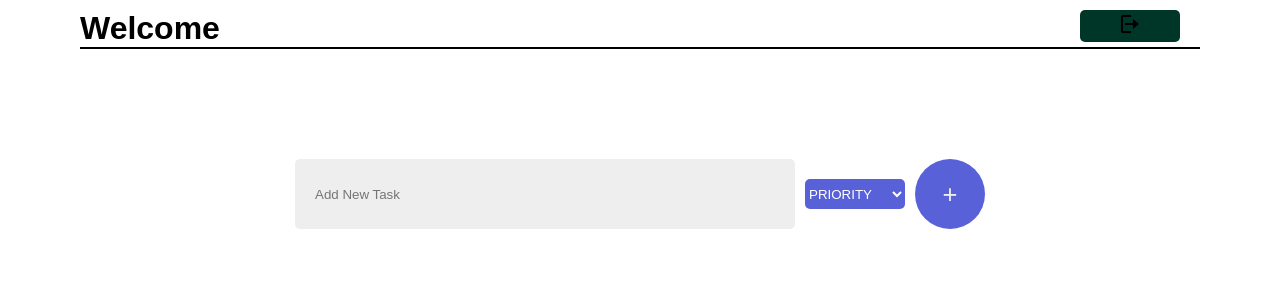
Repository: tebo27cMd/todo_App
Page: /HomePage
An editor plug-in stored every save of this project. The page is shown before and after the next save, followed by the edit.
The browser window is 1280 px wide. The pictures show the whole page.
The page's requests for data from a server got no answer. The project was rebuilt for these pictures with package versions that can differ from the ones it lists, and the page was loaded fresh each time. No one was signed in, and anything a server would have sent is missing. Also part of the build but not shown: src/Pages/LoginPage.jsx, src/Pages/SignInPage.jsx.

Above is the page before, as saved 2022-08-23 12:18:27.

### src/App.js
import React, {useState, useEffect} from 'react';
import './App.css';
import LoginPage from './Pages/LoginPage';
import SignInPage from './Pages/SignInPage';
import HomePage from './Pages/HomePage';

import {BrowserRouter as Router,Routes,Route,Link} from "react-router-dom";

//import {collection, getDocs, getDoc, doc, deleteDoc} from 'firebase/firestore'







function App() {


  const [tasks, setTasks] = useState([]);

  const addTasks = ((task, priorityType)=>{
    setTasks((tasks)=>[...tasks, {
      task:task,
      priorityType:priorityType
    }])

    console.log(tasks);
  })
  return (
    <div className="App">

      <Router>
      <Routes>
        <Route exact path="/" element = {<LoginPage/>}></Route>
        <Route path="/SignInPage" element = {<SignInPage/>}></Route>
        <Route exact path="/HomePage" element = {<HomePage/>}></Route>
      </Routes>
    </Router>

    </div>
  );
}

export default App;

### src/App.css
* {
  box-sizing: border-box;
  margin: 0;
  padding: 0;
  font-family: 'Times New Roman', Times, serif;
}

### src/Pages/HomePage.jsx

import React, { useState, useEffect } from "react";

  import '../css/HomePage.css';

  import {db} from '../Config-file/firebase';

  import {addDoc, collection,getDocs} from 'firebase/firestore';
  import CheckCircleIcon from "@mui/icons-material/CheckCircle";


  import logout from '../image/logout.png'





function HomePage() {
  const[task, setTask]= useState('');
  const[priority, setPriority] = useState('');

  const[items, setItem] = useState([]);

  const itemRef =collection(db,"Tasks");

  const getItems = async()=>{
      let data = await getDocs(itemRef);
      setItem(data.docs.map((doc)=>({...doc.data(), id: doc.id})))
  }

  const addItems = async()=>{
     await addDoc(itemRef, {task:task, priority:priority})
     alert("Item added Successfully");
    getItems();
    }


    useEffect(()=>{
      getItems();
   }, [])





    return (
      <div className="AddTask">
          <div className="topPart">
              <h1>Welcome</h1>
              <button><div className="tick"><img src={logout} alt="" /></div></button>
          </div>

          <div className="bottomPart">
            <div className="input-fields">
              <input className="typeTask" type="text" placeholder="Add New Task" onChange={(e)=>setTask(e.target.value)}/>
                <select name="priority" id="priority" onChange={(e)=>setPriority(e.target.value)}>
                    <option value="Priority">PRIORITY</option>
                    <option value="High">High</option>
                    <option value="Medium">Medium</option>
                    <option value="Low">Low</option>

                </select>

                <button className="topBtn" onClick={addItems}>+</button>

            </div>

            <div className="task-list">
            {
                        items.map(item=>((
                            <div className="items" key={item.id}>
                                {
                                    item.priority == "Low" ? (

                                        <div className="item" style={{borderBottom: "3px solid green"}}>
                                        <span>{item.task}</span>
                                        <button className="complete"><div className="CheckLow"><CheckCircleIcon id="i" /></div></button>
                                        </div>

                                    ):item.priority == "Medium" ? (
                                        <div className="item" style={{borderBottom: "3px solid orange"}}>
                                        <span>{item.task}</span>
                                        <button className="complete"><div className="CheckMedium"><CheckCircleIcon id="i" /></div></button>
                                        </div>
                                    ):item.priority == "High" ? (
                                        <div className="item" style={{borderBottom: "3px solid red"}}>
                                        <span>{item.task}</span>
                                        <button className="complete"><div className="CheckHigh"><CheckCircleIcon id="i" /></div></button>

                                        </div>
                                    ):(
                                        <div>

                                        </div>
                                    )
                                }




                            </div>
                        )))
                    }
            </div>

          </div>

      </div>
    )
  }



export default HomePage;

### src/Pages/LoginPage.css
@import url("https://fonts.googleapis.com/css?family=Roboto&display=swap");
:root
{
    --btnGreen: #339eb1;
    --beige: beige;

}

.LoginPage{
    display: grid;
    grid-template-columns: 40% 60%;
    width: 100vw;
    height: 100vh;
    font-family:'Roboto' ;
}

.LoginPage aside{
    background: url(../Images/Ado.jpeg);
    background-size: cover;
}

.LoginPage section{
    display: flex;
    flex-direction: column;
    justify-content: center;
    align-items: center;
    padding: 50px;

}

.LoginPage .welcome{
    margin-top: 20px;
    margin-bottom: 20px;
    font-weight: bolder;
    font-size: 2em;
    font-family:'Roboto' ;
    color: #4c52ac;
}

.LoginPage .paragraph1{
    margin-bottom: 20px;
    font-size: 1.2em;
    color: #4c52ac;
}

.LoginPage .input-control{
    display: flex;
    flex-direction: column;
    align-self: flex-start;
    width: 100%;

}

.LoginPage .input-control label{
    margin-top: 10px;
    margin-bottom: 10px;
    font-size: 1.4em;

}

.LoginPage .input-control input{
    font-size: 1.2em;
    height: 50px;
    padding: 20px 10px 20px 10px;
    margin-top: 10px;
    border: none;
    border-radius: 10px;
    width: 100%;
    background-color: #eee;

}

.LoginPage button{
    width: 300px;
    height: 50px;

}
.LoginPage .lgnBtn:hover{
   background-color:#4c52ac;
   border-color: #7bff00;
}
.LoginPage .lgnBtn{
    margin-top: 50px;
    border-radius: 5px;
    border: none;
    background-color: var(--btnGreen);
    font-size: 1em;
    cursor: pointer;
    color: white;
}

.LoginPage .create{
    font-family:'Roboto' ;
    margin-top: 30px;
}


Link{
    color: var(--btnGreen);
}

.LoginPage .or{
    font-weight: lighter;
    font-size: 1em;
    margin: 20px;
}

.LoginPage .signBtn{

    margin: 20px;
    padding-right: 20px;
    border-radius: 5px;
    border-color: #4c52ac;
    cursor: pointer;
    background-color: white;
    border-radius: 7px;
}



.logo{
    display: flex;
    flex-direction: row;
    justify-content: center;

}

.logo img{
    width: 50px;
    height: 30px;
    padding-left: 10px;
}

.logo span{
    padding-top: 7px;
}

### src/Config-file/firebase.js
// Import the functions you need from the SDKs you need
import { initializeApp } from "firebase/app";
import { getFirestore } from "@firebase/firestore";
import {getAuth} from 'firebase/auth';

const firebaseConfig = {
  apiKey: "AIzaSyB44VhlyOGLme-EDCUVNbbB2UbazBO3qIY",
  authDomain:  "todo-433b6.firebaseapp.com",
  projectId:"todo-433b6",
  storageBucket: "todo-433b6.appspot.com",
  messagingSenderId: "23893463738",
  appId:"1:23893463738:web:7b7d1fefeddfc1abce6883",
  measurementId: "G-QQNBP66G32"
};

// Initialize Firebase
const app = initializeApp(firebaseConfig);
const db = getFirestore(app);
const auth = getAuth(app);
export  {auth, db};

### src/css/HomePage.css


*{
    box-sizing:border-box;
    margin: 0;
    padding: 0;
    font-family: sans-serif;
}


.topPart{
    display: flex;
    justify-content: space-between;
    margin: 10px 80px;
    border-bottom: 2px solid black;

}

.topPart button{
    width: 100px;
    margin:0px 20px 5px 0px;
    border-radius: 5px;
    border: none;
    background-color: #003627;
    cursor: pointer;
    color: white;
    font-size: 1.2em;

}
.topPart img {
    height: 20px;
}

.topPart button:hover{
    background-color: rgba(245, 27, 27, 0.815);
    color: black;
}

.bottomPart{
    display: flex;
    flex-direction: column;
    justify-content: center;
    align-items: center;
    margin-top: 80px;
}

.bottomPart input{
    margin-right: 10px;
    height: 70px;
    width: 500px;
    padding-left: 20px;
    border: none;
    background-color: #eee;
    border-radius: 5px;

}

.bottomPart select{
    margin-right: 10px;
    height: 30px;
    width: 100px;
    border: none;
    background-color: #5861d8;
    border-radius: 5px;
    color: white;
}

.bottomPart .topBtn{
    height: 70px;
    width: 70px;
    border-radius: 50px;
    border: none;
    color: #eee;
    font-size: 1.6em;
    background-color: #5861d8;
    cursor: pointer;

}
.bottomPart .CheckHigh{
    border-radius: 50px;
    border: none;
    background-color: #5861d8;
    color: rgb(255, 255, 255);
    font-size: 1.6em;
    cursor: pointer;
}
.bottomPart .CheckHigh:hover{
    background-color: red;
}
.bottomPart .CheckMedium{
    border-radius: 50px;
    border: none;
    background-color: #5861d8;
    color: rgb(255, 255, 255);
    font-size: 1.6em;
    cursor: pointer;
}
.bottomPart .CheckMedium:hover{
    background-color: yellow;
}
.bottomPart .CheckLow{
    border-radius: 50px;
    border: none;
    background-color: #5861d8;
    color: rgb(255, 255, 255);
    font-size: 1.6em;
    cursor: pointer;
}
.bottomPart .CheckLow:hover{
    background-color: green;
}

.bottomPart button:hover{
    background-color: #776e7625;
    color: black;
}

input{
height: 90px;
}
.input-fields {
    display: flex;
    align-items: center;
    height: 130px;

}




/* Task list*/


.task-list{
    width: 600px;
    margin-right: 60px;
}

.item{
    display: flex;
    text-align: center;
    justify-content: space-between;
    padding: 10px;
    border-radius: 5px;
    border: none;
    box-shadow: 2px 2px 5px 0px rgb(123, 126, 173);

}
.items{
    padding: 5px 0;
}
.item button{
    border: none;
    border-radius: 50px;
    width: 80px;
    height: 40px;
    font-size: 20px;
    cursor: pointer;

}

Loaded but not shown: public/index.html (common file); src/index.js (common file); src/reportWebVitals.js (common file)

After the next save:
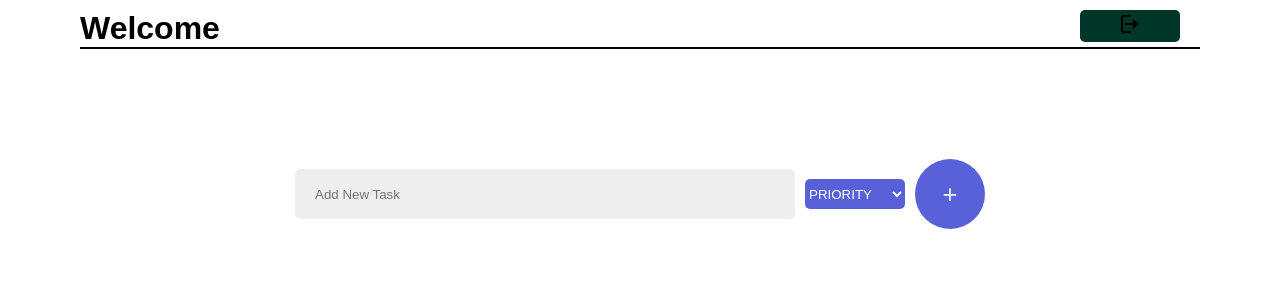
Saved 10 s later.
--- a/src/css/HomePage.css
+++ b/src/css/HomePage.css
@@ -46,7 +46,7 @@
 
 .bottomPart input{
     margin-right: 10px;
-    height: 70px;
+    height: 50px;
     width: 500px;
     padding-left: 20px;
     border: none;
